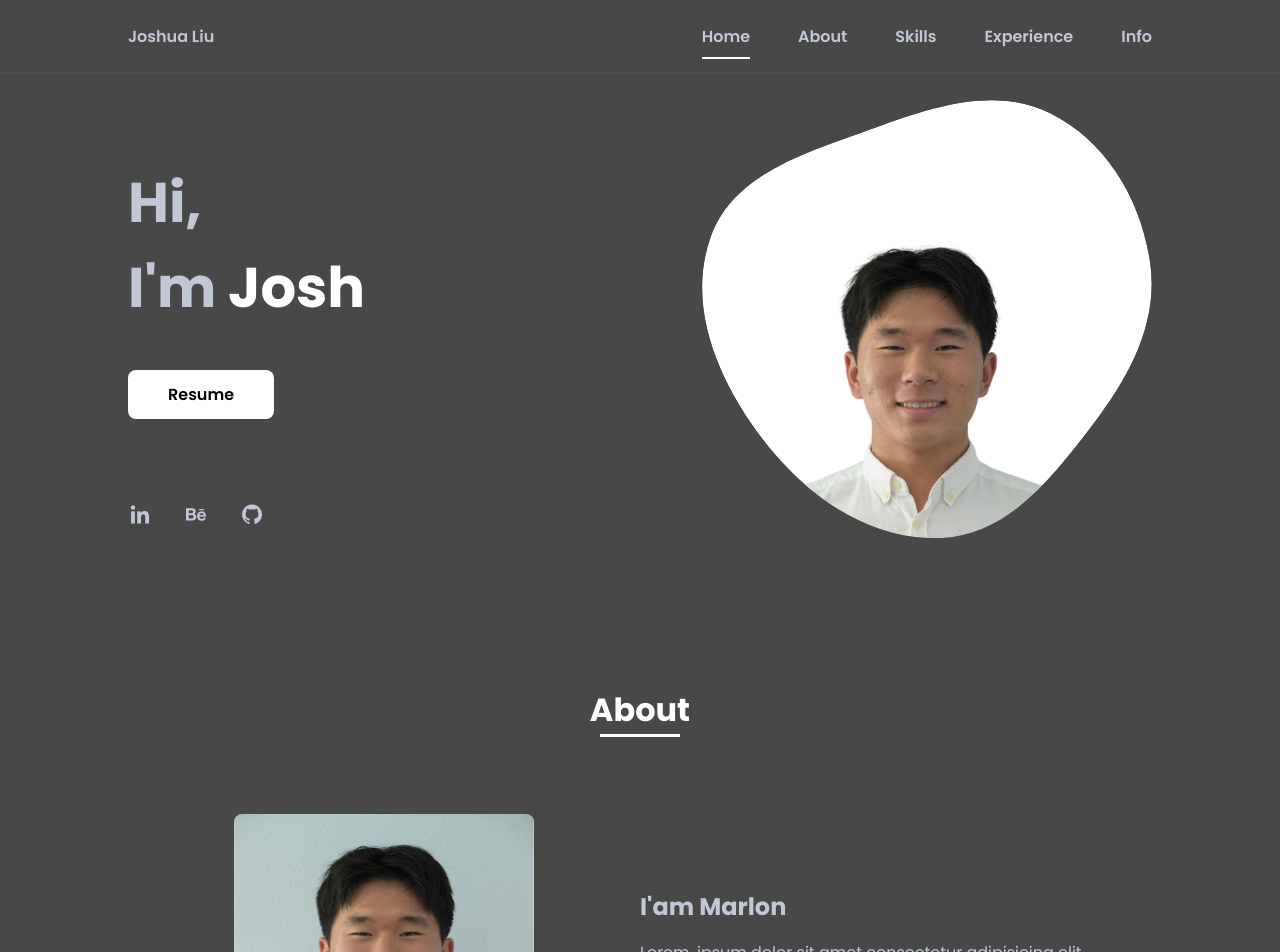
Repository: joshliu14/joshliu14.github.io
Page: index.html
These files come from the project's save history. The page is drawn as it stood at one moment and after a run of saves; the edit follows.
The browser window is 1280 px wide. The pictures show the part of the page from y = 0 to 952 px (the page is 3355 px tall).
A picture or video elsewhere on the page could not be fetched, so the positions and the page height are approximate.

Above is the page before, as saved 2024-01-31 23:39:34.

After the next 2 saves:
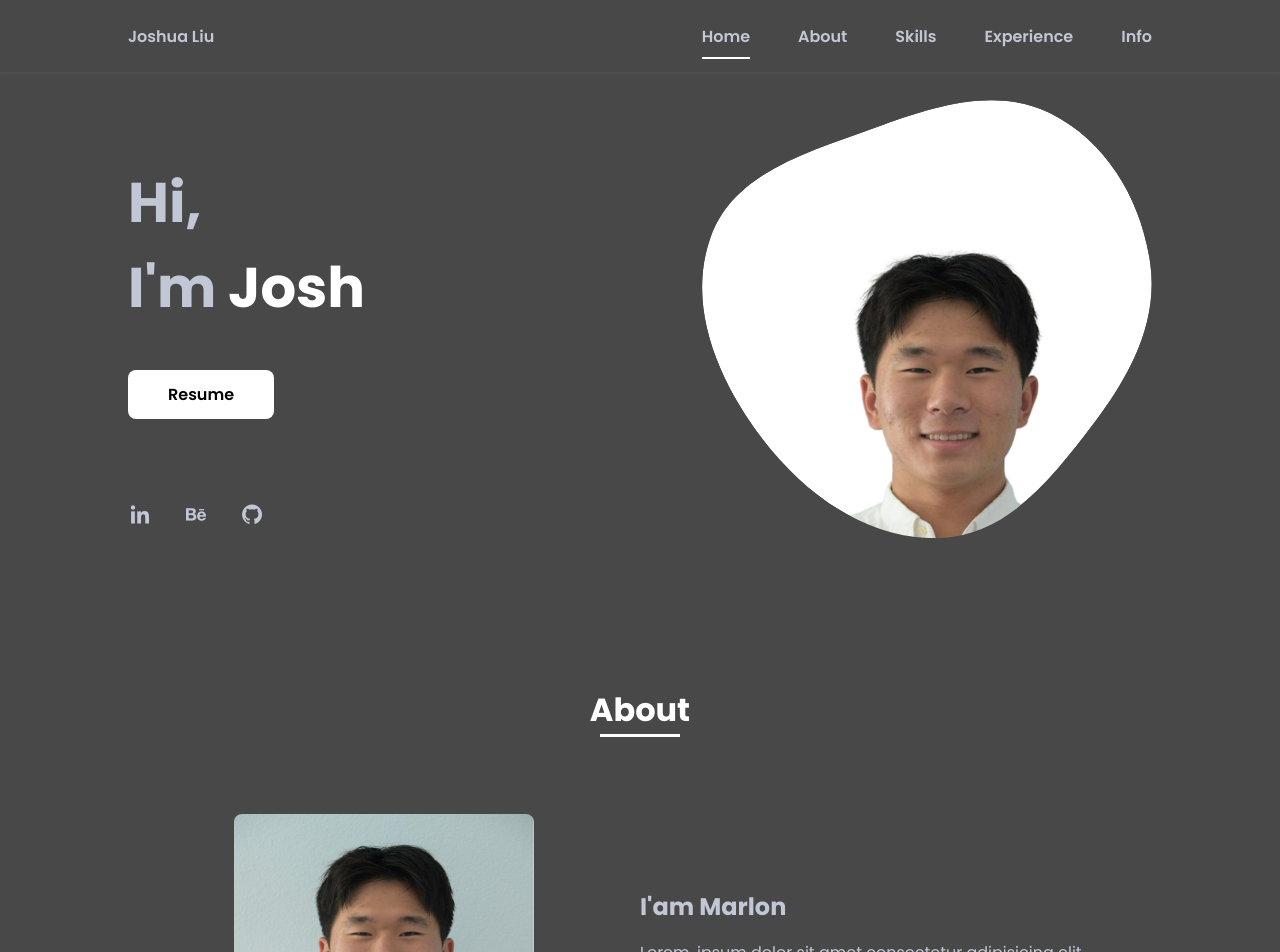
The 2 saves are shown as one change because they came seconds apart.
The last was saved 7 s later.
--- a/assets/css/web.css
+++ b/assets/css/web.css
@@ -222,7 +222,7 @@ img {
   fill: var(--first-color);
 }
 .home__blob-img {
-  width: 360px;
+  width: 420px;
 }
 
 /*BUTTONS*/
